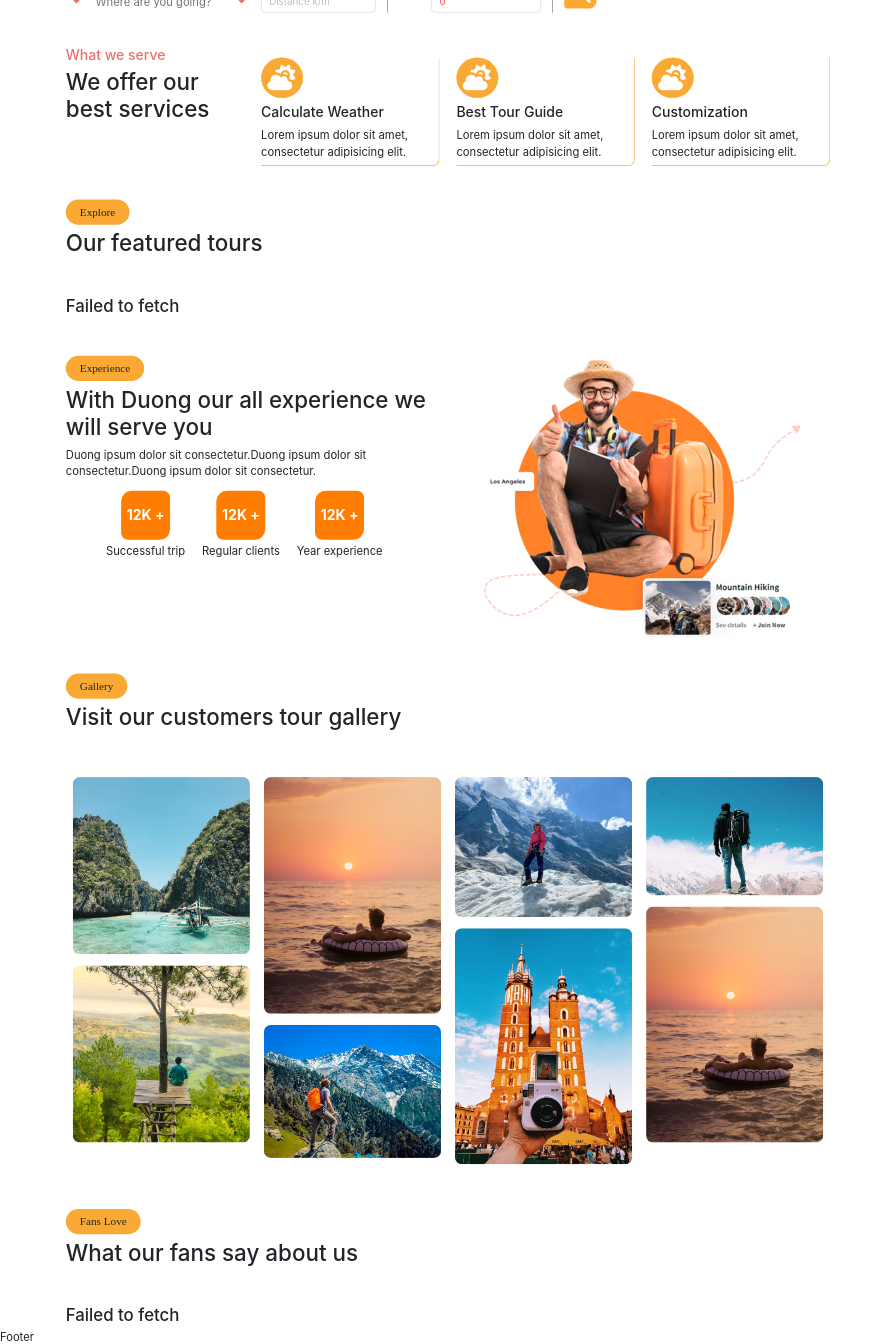
Repository: NguyenHuu001/dulich
Page: /home
The author's editor kept a copy of each file at every save. The page is drawn from the files as they stood at one save, then again after the next save.
The browser window is 1280 px wide. The pictures show the part of the page from y = 653 to 2573 px (the page is 2573 px tall before and 2536 px after), at 70% of full size.
The project was rebuilt for these pictures with package versions that can differ from the ones it lists, and the page was loaded fresh each time. Also part of the build but not shown: src/pages/About/index.js, src/pages/Tours/index.js, src/pages/Login/index.js, src/pages/Register/index.js. Imported but missing from the stored project, and not drawn on this page: src/assets/audio/video1.mp4.

Above is the page before, as saved 2023-08-01 18:31:08.

### public/index.html
<!DOCTYPE html>
<html lang="en">
    <head>
        <meta charset="utf-8" />
        <link rel="icon" href="%PUBLIC_URL%/favicon.ico" />
        <link href="https://cdn.jsdelivr.net/npm/bootstrap@5.3.0/dist/css/bootstrap.min.css" rel="stylesheet" />
        <script src="https://cdn.jsdelivr.net/npm/bootstrap@5.3.0/dist/js/bootstrap.bundle.min.js"></script>
        <meta name="viewport" content="width=device-width, initial-scale=1" />
        <meta name="theme-color" content="#000000" />
        <meta name="description" content="Web site created using create-react-app" />
        <link rel="apple-touch-icon" href="%PUBLIC_URL%/logo192.png" />
        <!--
      manifest.json provides metadata used when your web app is installed on a
      user's mobile device or desktop. See https://developers.google.com/web/fundamentals/web-app-manifest/
    -->
        <link rel="manifest" href="%PUBLIC_URL%/manifest.json" />
        <!--
      Notice the use of %PUBLIC_URL% in the tags above.
      It will be replaced with the URL of the `public` folder during the build.
      Only files inside the `public` folder can be referenced from the HTML.

      Unlike "/favicon.ico" or "favicon.ico", "%PUBLIC_URL%/favicon.ico" will
      work correctly both with client-side routing and a non-root public URL.
      Learn how to configure a non-root public URL by running `npm run build`.
    -->
        <title>React App</title>
    </head>
    <body>
        <noscript>You need to enable JavaScript to run this app.</noscript>
        <div id="root"></div>
        <!--
      This HTML file is a template.
      If you open it directly in the browser, you will see an empty page.

      You can add webfonts, meta tags, or analytics to this file.
      The build step will place the bundled scripts into the <body> tag.

      To begin the development, run `npm start` or `yarn start`.
      To create a production bundle, use `npm run build` or `yarn build`.
    --></body>
</html>

### src/index.js
import React from 'react';
import ReactDOM from 'react-dom/client';
import '../src/styles/global.scss';
import App from './App';
import reportWebVitals from './reportWebVitals';

const root = ReactDOM.createRoot(document.getElementById('root'));
root.render(
  <React.StrictMode>
    <App />
  </React.StrictMode>
);

// If you want to start measuring performance in your app, pass a function
// to log results (for example: reportWebVitals(console.log))
// or send to an analytics endpoint. Learn more: https://bit.ly/CRA-vitals
reportWebVitals();

### src/styles/global.scss
body {
    margin: 0;
    font-family: -apple-system, BlinkMacSystemFont, 'Segoe UI', 'Roboto', 'Oxygen', 'Ubuntu', 'Cantarell', 'Fira Sans',
        'Droid Sans', 'Helvetica Neue', sans-serif;
    -webkit-font-smoothing: antialiased;
    -moz-osx-font-smoothing: grayscale;
}

code {
    font-family: source-code-pro, Menlo, Monaco, Consolas, 'Courier New', monospace;
}
*,
*:before,
*:after {
    box-sizing: border-box;
}
* {
    margin: 0;
    padding: 0;
    font: inherit;
}
img,
picture,
svg,
video {
    display: block;
    max-width: 100%;
}
input,
select,
textarea {
    background-color: transparent;
    outline: none;
}
button {
    cursor: pointer;
    background-color: transparent;
    outline: none;
    border: 0;
}
body {
    min-height: 100vh;
    font-weight: 400;
    font-size: 16px;
    line-height: 1;
}

### src/App.js
import { BrowserRouter as Router, Route, Routes } from 'react-router-dom';
import { publicRoutes } from './routes';
import Layout from './Layouts';
function App() {
    return (
        <Router>
            <div className="App">
                <Routes>
                    {publicRoutes.map((route, index) => {
                        const Page = route.component;
                        return (
                            <Route
                                key={index}
                                path={route.path}
                                element={
                                    <Layout>
                                        <Page />
                                    </Layout>
                                }
                            />
                        );
                    })}
                </Routes>
            </div>
        </Router>
    );
}

export default App;

### src/routes/index.js
import Home from '../pages/Home';
import About from '../pages/About';
import Tours from '../pages/Tours';
import Login from '../pages/Login';
import Register from '../pages/Register';

const publicRoutes = [
    { path: '/home', component: Home },
    { path: '/about', component: About },
    { path: '/tours', component: Tours },
    { path: '/login', component: Login },
    { path: '/register', component: Register },
];
const privateRoutes = [];

export { publicRoutes, privateRoutes };

### src/Layouts/index.js
import Footer from "./Footer";
import Header from './Header'
import Navigation from "./Navigation";
function Layouts({children}) {
    return (
        <>
            <Header />
            <div>
                <Navigation />
                <div className="content">{children}</div>
            </div>
            <Footer />
        </>
     );
}

export default Layouts;

### src/pages/Home/index.js
import { FontAwesomeIcon } from '@fortawesome/react-fontawesome';
import { faCloudSun, faLocationDot, faMagnifyingGlass, faUsers } from '@fortawesome/free-solid-svg-icons';
// IMG
import earth from '../../assets/images/earth.png';
import img1 from '../../assets/images/img1.png';
import img2 from '../../assets/images/img2.png';
import banner from '../../assets/images/banner.png';
import video1 from '../../assets/audio/video1.mp4';
import Gallery1 from '../../assets/images/Gallery1.png';
import Gallery2 from '../../assets/images/Gallery2.png';
import Gallery3 from '../../assets/images/Gallery3.png';
import Gallery4 from '../../assets/images/Gallery4.png';
import Gallery5 from '../../assets/images/Gallery5.png';
import Gallery6 from '../../assets/images/Gallery6.png';
import Gallery7 from '../../assets/images/Gallery7.png';
import Gallery8 from '../../assets/images/Gallery8.png';
// ANT DESIGN
import { InputNumber } from 'antd';
//Slick
import Slider from 'react-slick';
import 'slick-carousel/slick/slick.css';
import 'slick-carousel/slick/slick-theme.css';
// SCSS
import './Home.scss';
function Home() {
    const settings = {
        dots: true,
        infinite: false,
        speed: 500,
        slidesToShow: 4,
        slidesToScroll: 4,
        initialSlide: 0,
        responsive: [
            {
                breakpoint: 1024,
                settings: {
                    slidesToShow: 3,
                    slidesToScroll: 3,
                    infinite: true,
                    dots: true,
                },
            },
            {
                breakpoint: 600,
                settings: {
                    slidesToShow: 2,
                    slidesToScroll: 2,
                    initialSlide: 2,
                },
            },
            {
                breakpoint: 480,
                settings: {
                    slidesToShow: 1,
                    slidesToScroll: 1,
                },
            },
        ],
    };
    return (
        <div className="container pt-5">
            <div className="row">
                <div className="col-md-6 mt-5">
                    <div className="wrap_content">
                        <div className="top_content d-flex align-items-center">
                            <div className="title_top_content">Know Before You Go</div>
                            <img className="img_earth mt-1" src={earth} />
                        </div>
                        <h1>
                            Traveling opens the door to creating
                            <span className="title_higtlight"> memories with duong</span>
                        </h1>
                        <span className="lh-base">
                            Our Vietnam is a beautiful country. We have a variety of landscapes which are widely
                            well-known such as Ha Long Bay, Hoi An Old quarter and Phong Nha Ke Bang cave. A long coast
                            with many attractive beaches is also our recognized reputation. Although Vietnam was a rich
                            traditional culture country, it has undergone a great change since 1945 due to the war. But
                            you can still find spiritual values in traditional arts performances such as singing Tru,
                            Cheo, Tuong, water puppet, ancient artifacts at the museums at the cultural centers in Hanoi
                            and Saigon.
                        </span>
                    </div>
                </div>
                {/* ------------- */}
                <div className="col-md-2 img1">
                    <img src={img1} />
                </div>
                <div className="col-md-2 video1">
                    <video src={video1} controls />
                </div>
                <div className="col-md-2 img1" style={{ marginTop: '60px' }}>
                    <img src={img2} />
                </div>
            </div>
            {/* ------------------- */}
            <div className="col-md-12 mt-3">
                <div className="d-flex flex-wrap">
                    <div className="col-xs-12 d-flex align-items-center ms-3 mt-3 chieudai">
                        <FontAwesomeIcon className="icon" icon={faLocationDot} />
                        <div className="ps-3 border_right">
                            <h6>Location</h6>
                            <input className="input_where" placeholder="Where are you going?"></input>
                        </div>
                    </div>
                    <div className="col-xs-12 d-flex align-items-center ms-3 mt-3 chieudai">
                        <FontAwesomeIcon className="icon" icon={faLocationDot} />
                        <div className="ps-3 pe-3 border_right">
                            <h6>Distance</h6>
                            <InputNumber style={{ width: '100%' }} min={1} max={1000} placeholder="Distance k/m" />
                        </div>
                    </div>
                    <div className="col-xs-12 d-flex align-items-center ms-3 mt-3 chieudai">
                        <FontAwesomeIcon className="icon" icon={faUsers} />
                        <div className="ps-3 pe-3 border_right">
                            <h6>Max People</h6>
                            <InputNumber style={{ width: '100%' }} min={1} max={200} defaultValue={0} />
                        </div>
                    </div>
                    <div className="col-xs-12 d-flex align-items-center ms-3 mt-3">
                        <FontAwesomeIcon className="icon_search p-2" icon={faMagnifyingGlass} />
                    </div>
                </div>
            </div>

            {/* -------------------------------------- */}
            <div className="container mt-5">
                <div className="row d-flex">
                    <div className="col-md-3">
                        <h5 style={{ color: '#ee6e6e' }}>What we serve</h5>
                        <h2>We offer our best services</h2>
                    </div>
                    <div className="col-md-3">
                        <div className="border_items mt-3">
                            <div className="wrap_icon">
                                <FontAwesomeIcon className="icon_center p-2" icon={faCloudSun} />
                            </div>
                            <h5 className="mt-2">Calculate Weather</h5>
                            <p className="mt-2 mb-2 lh-base">
                                Lorem ipsum dolor sit amet, consectetur adipisicing elit.
                            </p>
                        </div>
                    </div>
                    <div className="col-md-3 ">
                        <div className="border_items mt-3">
                            <div className="wrap_icon">
                                <FontAwesomeIcon className="icon_center p-2" icon={faCloudSun} />
                            </div>
                            <h5 className="mt-2">Best Tour Guide</h5>
                            <p className="mt-2 mb-2 lh-base">
                                Lorem ipsum dolor sit amet, consectetur adipisicing elit.
                            </p>
                        </div>
                    </div>
                    <div className="col-md-3 ">
                        <div className="border_items mt-3">
                            <div className="wrap_icon">
                                <FontAwesomeIcon className="icon_center p-2" icon={faCloudSun} />
                            </div>
                            <h5 className="mt-2">Customization</h5>
                            <p className="mt-2 mb-2 lh-base">
                                Lorem ipsum dolor sit amet, consectetur adipisicing elit.
                            </p>
                        </div>
                    </div>
                </div>
            </div>
            {/* ------------------------------------------ */}
            <div className="container mt-5">
                <div className="row">
                    <div className="mb-5">
                        <div className="top_content d-flex align-items-center">
                            <div className="title_top_content">Explore</div>
                        </div>
                        <h2 className="mt-2">Our featured tours</h2>
                    </div>
                    <h4>Failed to fetch</h4>
                </div>
            </div>
            {/* ----------------------------------- */}
            <div className="container mt-5">
                <div className="row">
                    <div className="mb-5 col-md-6">
                        <div className="top_content d-flex align-items-center">
                            <div className="title_top_content">Experience</div>
                        </div>
                        <h2 className="mt-2">With Duong our all experience we will serve you</h2>
                        <p className="lh-base">
                            Duong ipsum dolor sit consectetur.Duong ipsum dolor sit consectetur.Duong ipsum dolor sit
                            consectetur.
                        </p>
                        <div className="d-flex flex-wrap justify-content-center">
                            <div className="me-4 d-flex flex-column align-items-center">
                                <div className="fw-bolder fs-5 experience">12K +</div>
                                <p className="mt-2">Successful trip</p>
                            </div>
                            <div className="me-4 d-flex flex-column align-items-center">
                                <div className="fw-bolder fs-5 experience">12K +</div>
                                <p className="mt-2">Regular clients</p>
                            </div>
                            <div className="me-4 d-flex flex-column align-items-center">
                                <div className="fw-bolder fs-5 experience">12K +</div>
                                <p className="mt-2">Year experience</p>
                            </div>
                        </div>
                    </div>
                    <div className="col-md-6">
                        <div className="d-flex justify-content-center">
                            <img src={banner} style={{ width: '90%' }} />
                        </div>
                    </div>
                </div>
            </div>
            {/* ------------------------------------------------ */}
            <div className="container mt-5">
                <div className="row">
                    <div className="mb-5">
                        <div className="top_content d-flex align-items-center">
                            <div className="title_top_content">Gallery</div>
                        </div>
                        <h2 className="mt-2">Visit our customers tour gallery</h2>
                    </div>
                    <div className="col-md-12 col-sm-12">
                        <div className="d-flex flex-wrap">
                            <div className="col-md-3 pb-0 gallery_img">
                                <img className="mb-3" src={Gallery1} />
                                <img className="mb-3" src={Gallery2} />
                            </div>
                            <div className="col-md-3 pb-0 col-xs-6 gallery_img">
                                <img className="mb-3" src={Gallery3} />
                                <img className="mb-3" src={Gallery4} />
                            </div>
                            <div className="col-md-3 pb-0 col-xs-6 gallery_img">
                                <img className="mb-3" src={Gallery5} />
                                <img className="mb-3" src={Gallery6} />
                            </div>
                            <div className="col-md-3 pb-0 col-xs-6 gallery_img">
                                <img className="mb-3" src={Gallery7} />
                                <img className="mb-3" src={Gallery8} />
                            </div>
                        </div>
                    </div>
                </div>
            </div>
            {/* ------------------------------------------------- */}
            <div className="container mt-5">
                <div className="row">
                    <div className="mb-5">
                        <div className="top_content d-flex align-items-center">
                            <div className="title_top_content">Fans Love</div>
                        </div>
                        <h2 className="mt-2">What our fans say about us</h2>
                    </div>
                    <h4>Failed to fetch</h4>
                </div>
            </div>
        </div>
    );
}

export default Home;

### src/Layouts/Footer/index.js
function Footer() {
    return ( <div>Footer</div> );
}

export default Footer;

### src/Layouts/Navigation/index.js
import './Navigation.scss'
function Navigation() {
    return ( <div className="navi">Navigation</div> );
}

export default Navigation;

### src/pages/Home/Home.scss
:root {
    --color-chudao: #faa935;
    --color-text: #fff;
    --subtitle-font-name: "Island Moments",cursive;
}

.title_top_content{
    background-color: var(--color-chudao);
    border-radius: 20px;
    padding: 10px 20px;
    font-family: var(--subtitle-font-name);
}
.img_earth{
    width: 36px;
    height: 36px;
}
.title_higtlight{
    color: var(--color-chudao);
}

.img1{
    height: 350px;
    img{
        box-sizing: border-box;
        height: 100%;
        object-fit: cover;
        border-radius: 20px;
        border: 1px solid var(--color-chudao);
    }
}
.video1{
    height: 350px;
    margin-top: 30px;
    video{
        box-sizing: border-box;
        height: 100%;
        object-fit: cover;
        border-radius: 20px;
        border: 1px solid var(--color-chudao);
    }
}

.icon{
    width: 30px;
    height: 30px;
    color: #ee6e6e;
}
.chieudai{
    width: 220px;
}
.border_right{
    border-right: 1px solid grey;
}
.input_where{
    outline: none;
    border: none;
}
.icon_search{
    background-color: var(--color-chudao);
    color: var(--color-text);
    width: 30px;
    height: 30px;
    border-radius: 10px 5px;
    &:hover{
        cursor: pointer;
    }
}
.border_items{
    border-radius: 0 0 10px 0;
    border-bottom: 1px solid var(--color-chudao);
    border-right: 1px solid var(--color-chudao);
}
.icon_center{
    width: 40px;
    height: 40px;
    color: var(--color-text);
}
.wrap_icon{
    width: 60px;
    border-radius: 50%;
    background-color: var(--color-chudao);
    height: auto;
    border: 1px solid var(--color-chudao);
}

.experience{
    display: flex;
    justify-content: center;
    align-items: center;
    color: var(--color-text);
    width: 70px;
    height: 70px;
    border-radius: 15px 10px;
    background-color: rgb(255, 126, 1);
}
// --------------------------------
.gallery_img > img:hover{
    transform: scale(1.1);
    transition:transform 0.5s ease ;
}
.gallery_img{
    padding: 10px
}
.gallery_img > img{
    border-radius: 10px;
}

### src/Layouts/Header/Header.scss
:root {
    --color-chudao: #faa935;
    --color-text: #fff;
}
.header {
    position: sticky;
    z-index: 9999;
    top:0;
    height: 100px;
    box-shadow: 3px 3px 8px -3px #ddd;
    background-color: var(--color-text);
}
.header_in{
  height: 100%;
}
.wrap_header{
  height: 100%;
}
.logo {
    height: 100%;
}
.set_fw {
    font-weight: 500;
}
.register_li {
    background-color: var(--color-chudao);
    border-radius: 20px !important;
    color: var(--color-text);
    padding: 10px 30px;
}
.icon_menu {
    display: none;
}
@media screen and (max-width: 980px) {
    .icon_menu {
        display: block;
    }
    .item_none {
        display: none;
    }
}

### src/Layouts/Navigation/Navigation.scss
.navi {
    display: none;
}

Loaded but not shown: src/reportWebVitals.js (common file); src/Layouts/Header/index.js (55 lines, source omitted)

After the next save:
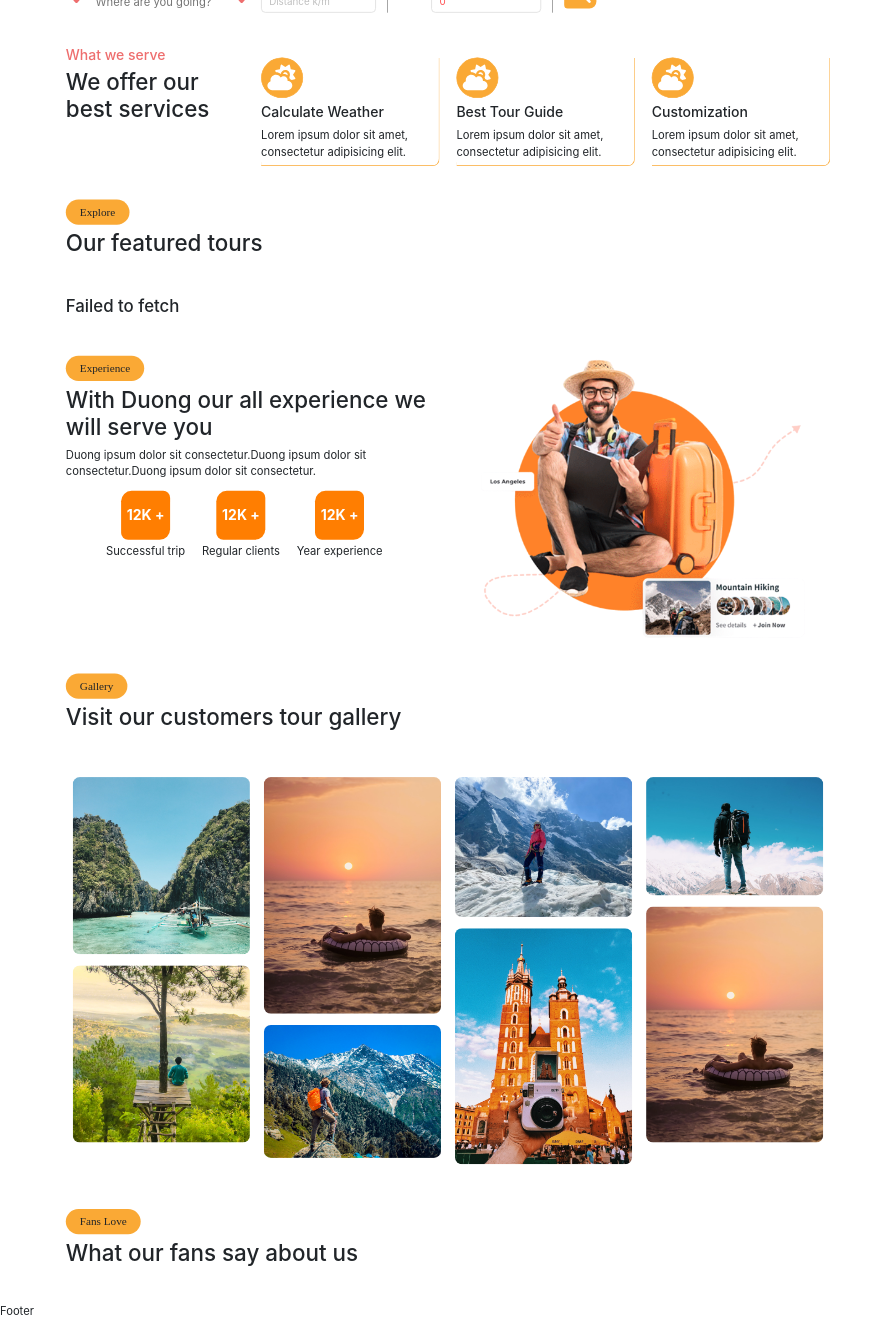
Saved 11 s later.
--- a/src/pages/Home/index.js
+++ b/src/pages/Home/index.js
@@ -250,7 +250,7 @@ function Home() {
                         </div>
                         <h2 className="mt-2">What our fans say about us</h2>
                     </div>
-                    <h4>Failed to fetch</h4>
+
                 </div>
             </div>
         </div>
